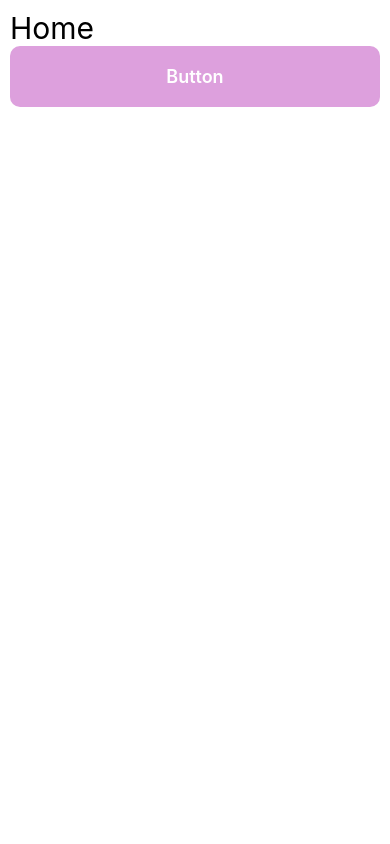
Repository: Kubraaygun/ReactNativeMVVM
Screen: /
An editor plug-in stored every save of this project. The screen is shown before and after the next save, followed by the edit.
The app was drawn by React Native's web renderer in a window 390 px wide. The project was rebuilt for these pictures with package versions that can differ from the ones it lists, and the page was loaded fresh each time.

Above is the screen before, as saved 2024-12-12 01:09:15.

After the next save:
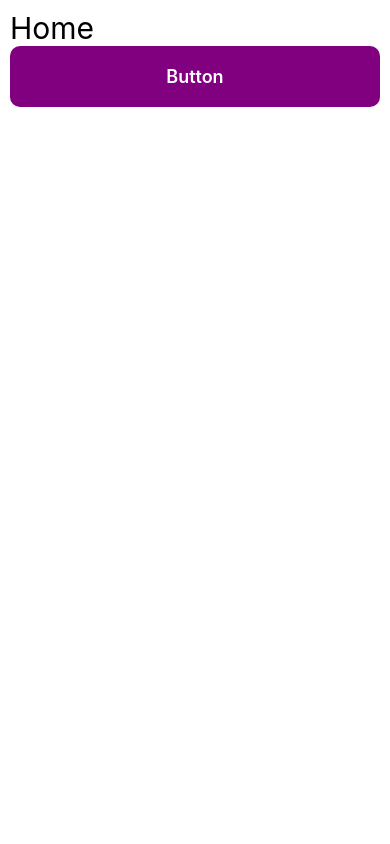
Saved 7 s later.
--- a/src/components/ui/button.jsx
+++ b/src/components/ui/button.jsx
@@ -16,7 +16,7 @@ const styles = StyleSheet.create({
   container: {
     justifyContent: 'center',
     alignItems: 'center',
-    backgroundColor: 'plum',
+    backgroundColor: 'purple',
     padding: 20,
     borderRadius: 10,
   },
